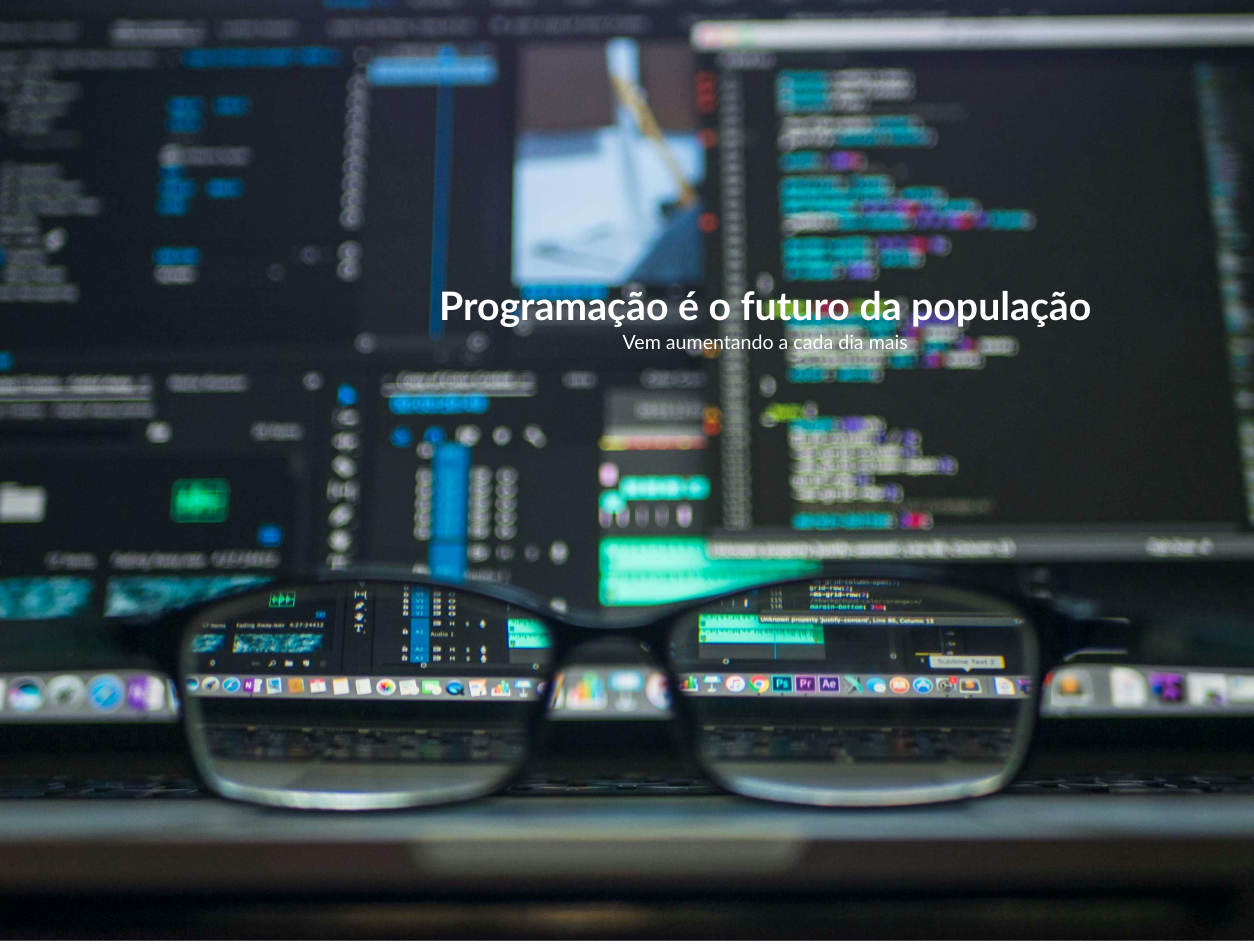
Repository: Caiquedev123/Sites
Page: index.html
The author's editor kept a copy of each file at every save. The page is drawn from the files as they stood at one save, then again after the next save.
The browser window is 1280 px wide. The pictures show the whole page, at 98% of full size.

Above is the page before, as saved 2024-07-22 14:27:21.

### index.html
<!DOCTYPE html>
<html lang="en">
<head>
    <meta charset="UTF-8">
    <meta name="viewport" content="width=device-width, initial-scale=1.0">
    <title>Projeto</title>
    <link rel="stylesheet" href="style.css">
    <link rel="stylesheet" href="./reset.css">
</head>
<body>
    <div class="container">
        <h1>Programação é o futuro da população</h1>
        <p>Vem aumentando a cada dia mais</p>
    </div>
    <section class="imagens">
        <img src="./imagem/Progrmação.jpg" alt="programação">
    </section>
</body>
</html>

### style.css
body{background-color: rgb(255, 255, 255);}

.container{
    position: absolute;
    z-index: 1;
    text-align: center;
    left: 35%;
    top: 40%;
    color: rgb(255, 255, 255);
    font-family: 'Gill Sans', 'Gill Sans MT', Calibri, 'Trebuchet MS', sans-serif;
    font-size: 20px;
    text-shadow: ;
}

img{
    width: 100%;
    object-fit: cover;
    position: relative;
}

Loaded but not shown: reset.css (common file)

After the next save:
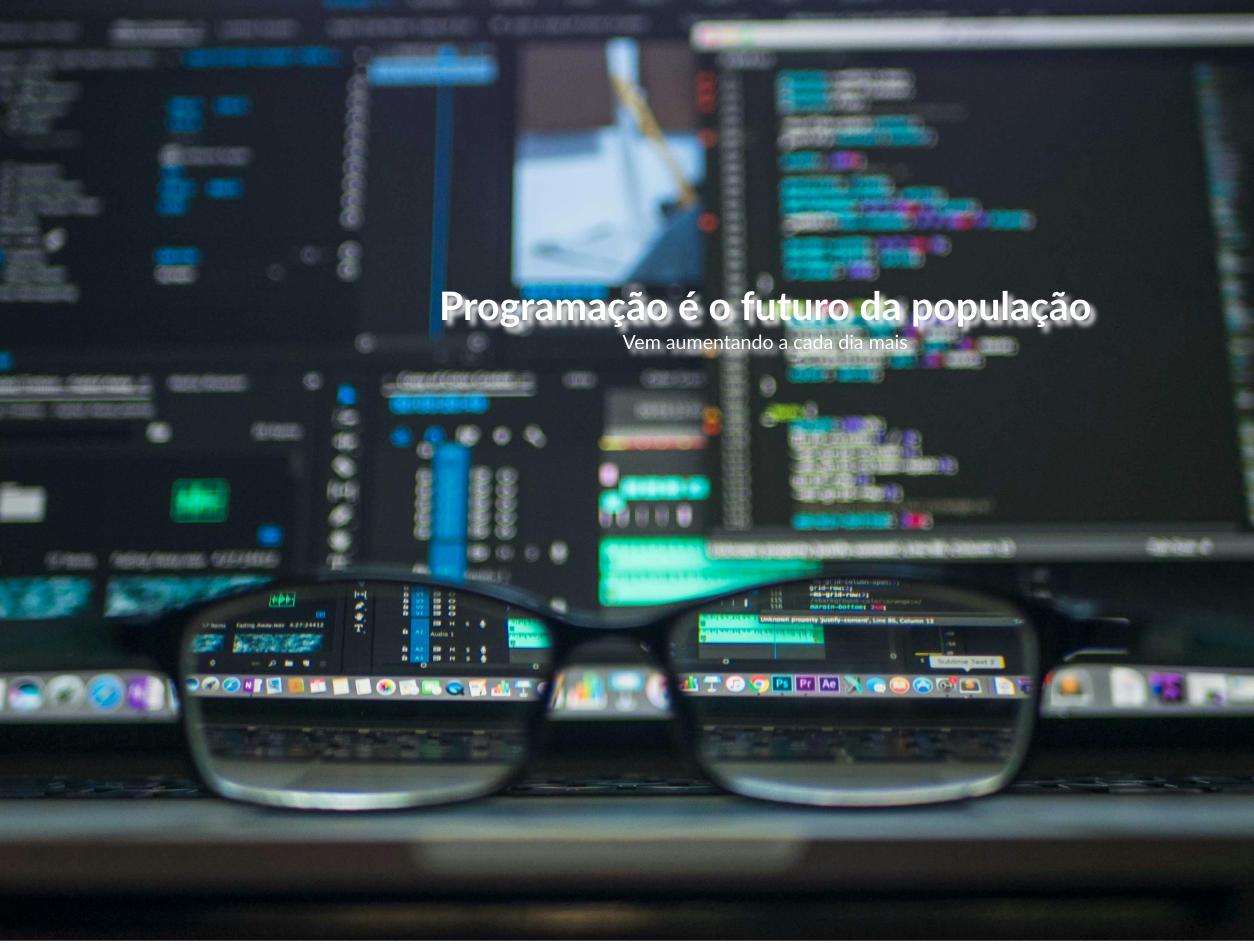
Saved 7 s later.
--- a/style.css
+++ b/style.css
@@ -9,7 +9,7 @@
     color: rgb(255, 255, 255);
     font-family: 'Gill Sans', 'Gill Sans MT', Calibri, 'Trebuchet MS', sans-serif;
     font-size: 20px;
-    text-shadow: ;
+    text-shadow: 5px 5px 5px;
 }
 
 img{
